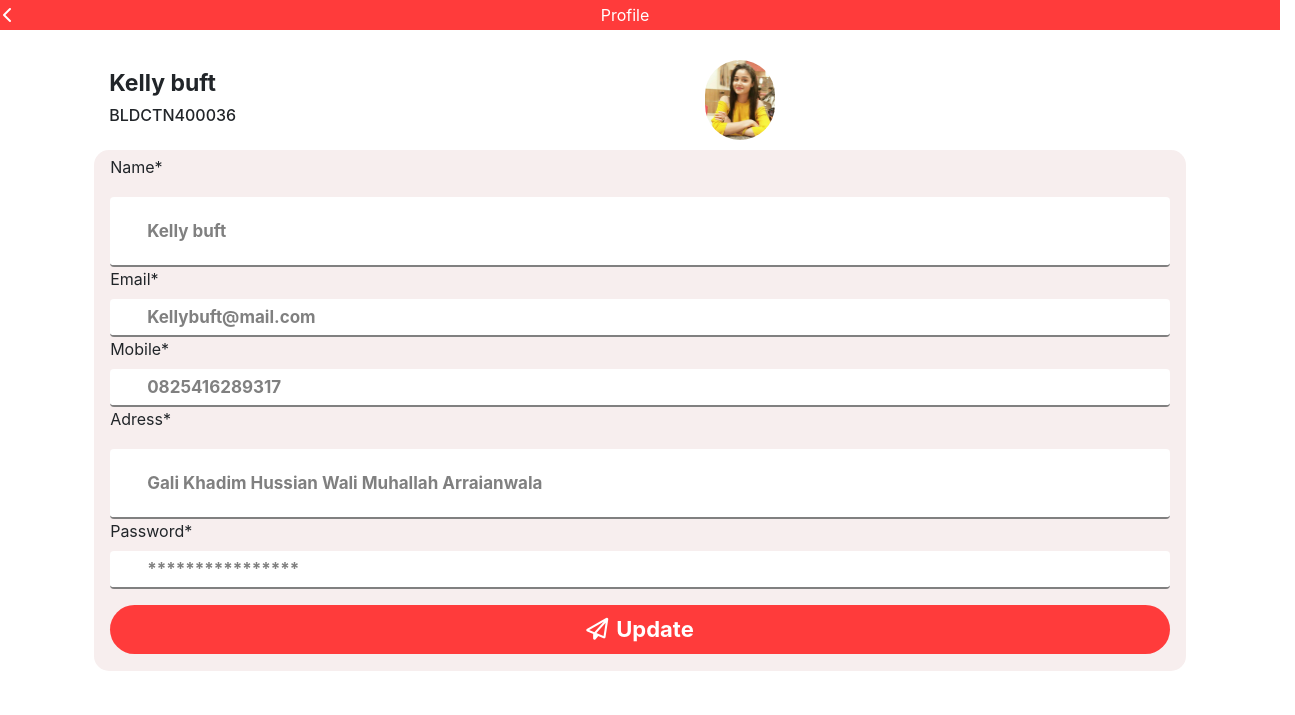
Repository: syedali042/jbds
Page: /About
The author's editor kept a copy of each file at every save. The page is drawn from the files as they stood at one save, then again after the next save.
The browser window is 1280 px wide. The page is 1295 px wide, so the pictures cover 1295 px, including what lies to the right of the window. The pictures show the whole page.
Some web libraries are served in a nearby version. The project was rebuilt for these pictures with package versions that can differ from the ones it lists, and the page was loaded fresh each time. Also part of the build but not shown: src/components/Login.js, src/components/Register.js, src/components/Header2.js, src/components/Home.js, src/components/Header4.js, src/components/Request.js, src/components/Header3.js, src/components/Create.js.

Above is the page before, as saved 2021-11-09 20:27:37.

After the next save:
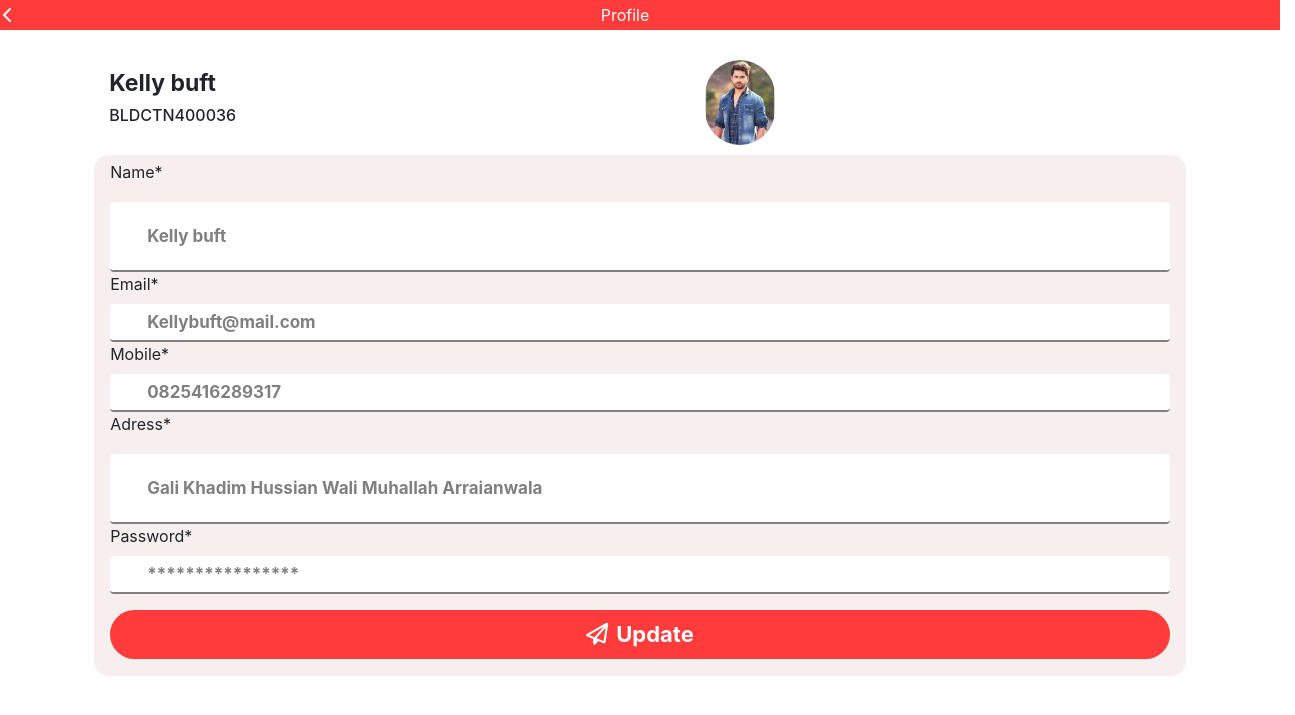
Saved 4 min 10 s later.
--- a/src/components/About.js
+++ b/src/components/About.js
@@ -13,7 +13,7 @@ function About() {
                     <h6>BLDCTN400036</h6>
                 </div>
                 <div className="col-5">
-                    <img src="./images/girl.jpg" className=" d-flex align-items-center justify-content-center girl" />
+                    <img src="./images/Azeem Shah.jfif" className=" d-flex align-items-center justify-content-center girl" />
                 </div>
                 <div className="col-1"></div>
             </div>
